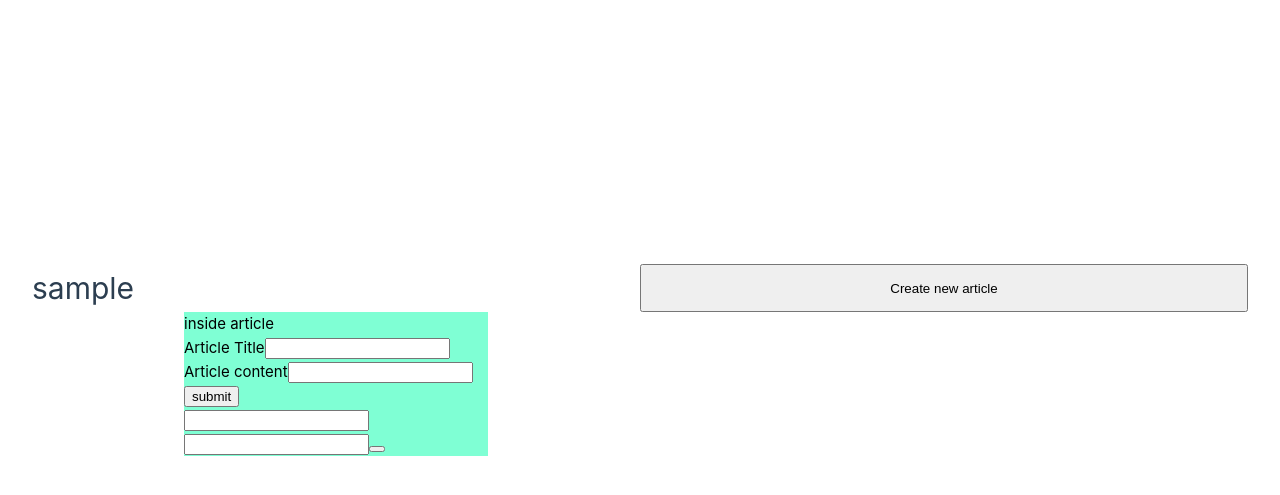
Repository: khentandaya/bulletinboard_crud
Page: /
The author's editor kept a copy of each file at every save. The page is drawn from the files as they stood at one save, then again after the next save.
The browser window is 1280 px wide. The pictures show the whole page.
The project was rebuilt for these pictures with package versions that can differ from the ones it lists, and the page was loaded fresh each time. Also part of the build but not shown: vite.config.js.

Above is the page before, as saved 2022-08-13 12:09:58.

### src/App.vue
<script setup>
import { reactive, ref } from "@vue/reactivity";

let toggle = ref(Boolean);
let toggle_edit = ref(Boolean);

const article_arr = ref([]);
const title = ref("");
const content = ref("");

//post_info
const handleSubmit = () => {
  article_arr.value = [
    ...article_arr.value,
    {
      title: title.value,
      content: content.value,
      id: Math.floor(Math.random() * 100000),
      created_at: Date.now(),
    },
  ];

  title.value = "";
  content.value = "";

  console.log(article_arr.value);
};

//delete_info
const deleteArticle = (itemID) => {
  let i = article_arr.value.map((item) => item.id).indexOf(itemID);
  article_arr.value.splice(i, 1);
};

//edit_info
const editArticle = (itemID) => {
  toggle_edit = "true";
  let i = article_arr.value.map((item) => item.id).indexOf(itemID);

  console.log(article_arr.value[i]);
  console.log(i);
};

//update_info
const updateArticle = () => {};
</script>

<template>
  <h1>sample</h1>

  <button type="button" v-on:click="toggle = !toggle">Create new article</button>

  <div class="article" v-if="toggle">
    inside article
    <form @submit.prevent="handleSubmit()">
      <label for="title"> Article Title</label>
      <input aria-label="Article Title" type="text" v-model="title" />

      <label for="content"> Article content</label>
      <input aria-label="Article Content" type="text" v-model="content" />

      <button type="submit">submit</button>
    </form>
  </div>
  <div class="table">
    <table>
      <tr v-for="article in article_arr" :key="article.id">
        <td>Article:{{ article.title }} Content:{{ article.content }}</td>
        <td>
          <button type="button" @click="deleteArticle(article.id)">delete</button>
        </td>
        <td>
          <button type="button" @click="editArticle(article.id)">edit</button>
        </td>
      </tr>
    </table>
  </div>
  <div class="edit-container" v-if="toggle_edit">
    <input aria-label="Title" type="text" />
    <input aria-label="Content" type="text" />

    <button type="button" @click="updateArticle()"></button>
  </div>
</template>

<style scoped>
header {
  line-height: 1.5;
}

.logo {
  display: block;
  margin: 0 auto 2rem;
}

@media (min-width: 1024px) {
  header {
    display: flex;
    place-items: center;
    padding-right: calc(var(--section-gap) / 2);
  }

  .logo {
    margin: 0 2rem 0 0;
  }

  header .wrapper {
    display: flex;
    place-items: flex-start;
    flex-wrap: wrap;
  }
}
.article {
  background-color: aquamarine;
  width: 50%;
  margin: auto;
  color: black;
}

.edit-container {
  background-color: aquamarine;
  width: 50%;
  margin: auto;
  color: black;
}
</style>

Loaded but not shown: index.html (common file); src/main.js (common file); src/assets/main.css (common file); src/assets/base.css (common file)

After the next save:
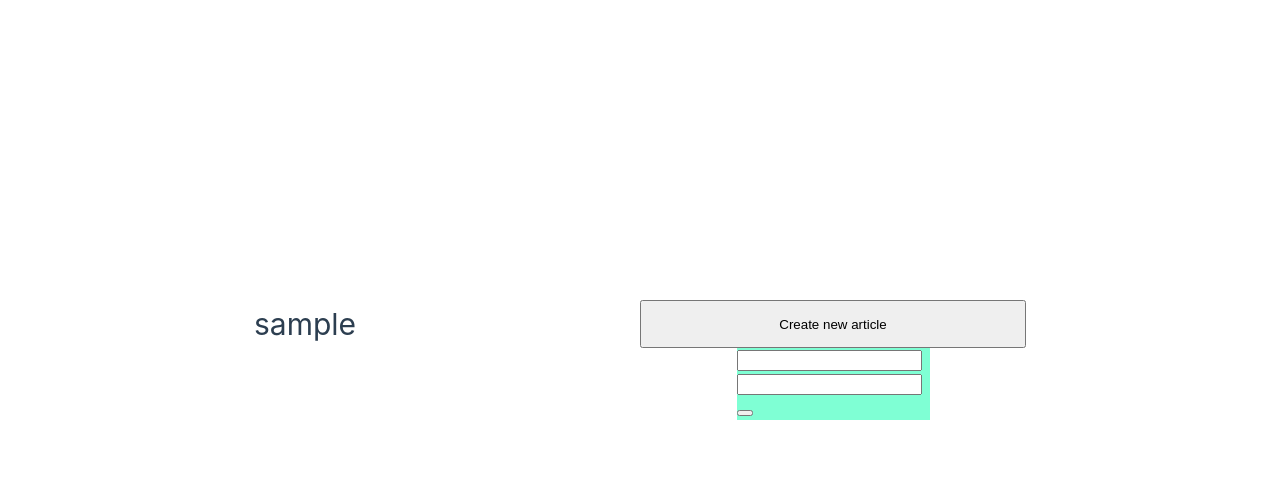
Saved 16 s later.
--- a/src/App.vue
+++ b/src/App.vue
@@ -1,7 +1,7 @@
 <script setup>
 import { reactive, ref } from "@vue/reactivity";
 
-let toggle = ref(Boolean);
+let toggle = ref(false);
 let toggle_edit = ref(Boolean);
 
 const article_arr = ref([]);
